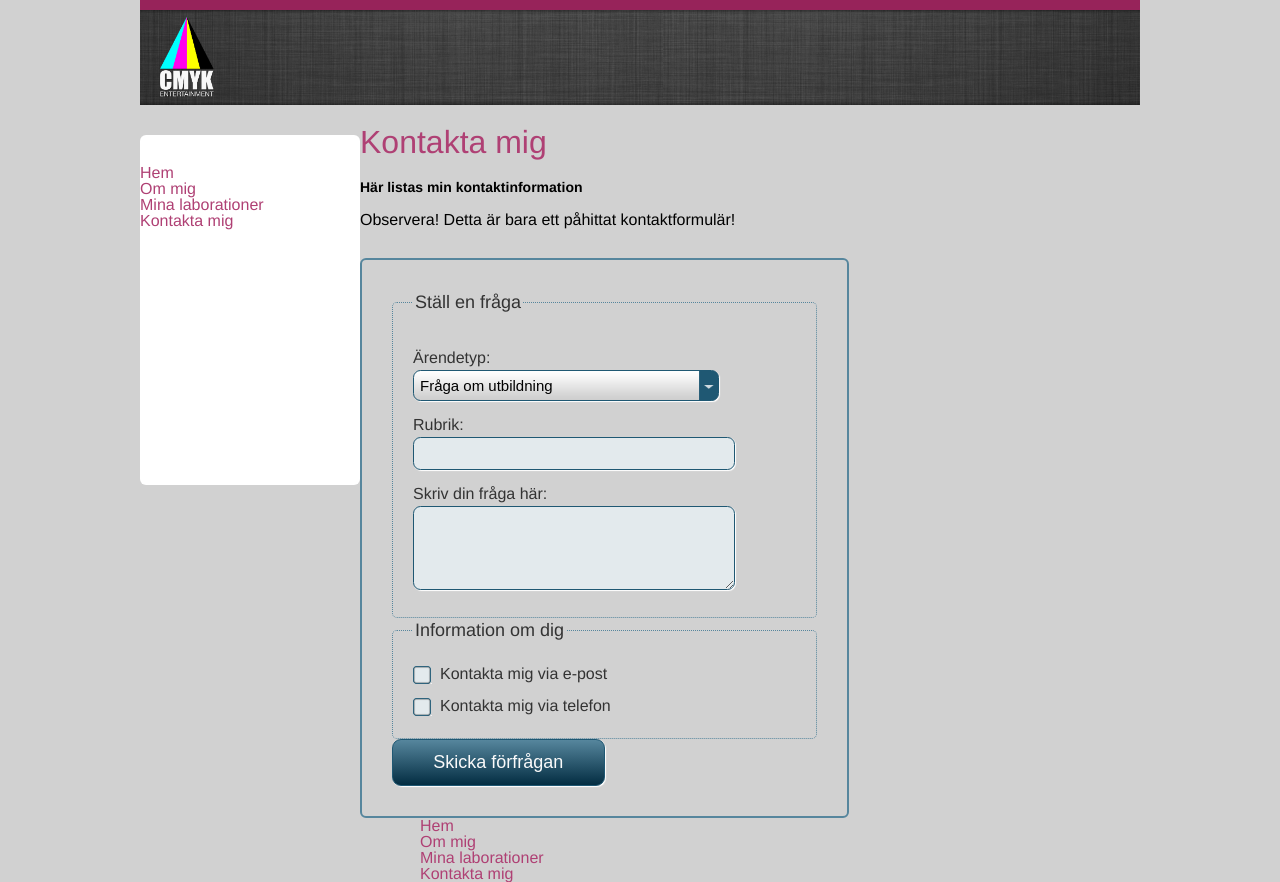
Repository: Holmewi/1ik415-jh222qr-laborationer
Page: pages/kontakt.html
The author's editor kept a record of every edit. The page is drawn from the files as they stood at one moment, then again after the next edit.
The browser window is 1280 px wide. The pictures show the whole page.

Above is the page before.

### pages/kontakt.html
<!DOCTYPE HTML>
<html lang="sv">
    <head>
        <meta charset="utf-8">
        <title>Kontakta mig - Här listas min kontaktinformation</title>
        <link rel="stylesheet" media="all" href="../css/style.css" />
    </head>
    <body id="contact">
        <div id="wrapper"> <!-- fick felmeddelande när jag använde taggen container -->
            <header>
                <div id="headerTop">

                </div>
                <div id="headerBottom">
                    <img src="../pics/logo.png" alt="min logotyp" class="logotyp">
                </div>
            </header>

            <nav class="borderRadius">
                <div id="headMenu">
                    <ul>
                        <li><a href="../index.html">Hem</a></li>
                        <li><a href="presentation.html">Om mig</a></li>
                        <li><a href="laborationer.html">Mina laborationer</a></li>
                        <li><a href="kontakt.html" class="active">Kontakta mig</a></li>
                    </ul>
                </div>
            </nav>

            <div id="content" class="borderRadius">
                <div id="contentTop">
                    <h1>Kontakta mig</h1>
                    <h4>Här listas min kontaktinformation</h4>
                </div>
                <div class="form">
                    <p>Observera! Detta är bara ett påhittat kontaktformulär!</p>

                    <a id="kontaktform"></a>
                    <form id="input" action="http://voyager.lnu.se/tekinet/kurser/dtt/wp_webbintro/form.php" method="POST" name="ContactForm">
                        <fieldset id="set_form">
                            <legend>
                                <label class="formHeader" name="FormHeader">Ställ en fråga</label>
                            </legend>
                            <p><label for="form_list">Ärendetyp:</label></p>
                            <select id="form_list" name="FormList" >
                                <option value="utbildning">Fråga om utbildning</option>
                                <option value="kurs">Fråga om kurs</option>
                                <option value="hyra">Fråga om anställning</option>
                                <option value="webbplatsen">Fråga om webbplatsen</option>
                                <option value="privat">Ställ en privat fråga</option>
                            </select>

                            <p>
                                <label for="msg_header">Rubrik:</label>
                            </p>
                            <input type="text" id="msg_header" name="MessageHeader"/>

                            <br>
                            <p>
                                <label for="user_message">Skriv din fråga här:</label>
                            </p>
                            <textarea id="user_message" name="UserMessage" rows="4" cols="39"></textarea>

                        </fieldset>

                        <fieldset class="contactInfo">
                            <legend>
                                <label class="formHeader" name="FormInfo">Information om dig</label>
                            </legend>
                            <p>
                                <input type="checkbox" id="form_email" name="FormEmail" value="email">
                                <label for="form_email">Kontakta mig via e-post</label>
                            </p>
                            <p>
                                <input type="checkbox" id="form_phone" name="FormPhone" value="phone">
                                <label for="form_phone">Kontakta mig via telefon</label>
                            </p>
                        </fieldset>
                        <input type="submit" value="Skicka förfrågan" />
                    </form>
                </div>
             </div>
             <footer>
                <div id="footerNav">
                    <ul>
                        <li><a href="../index.html">Hem</a></li>
                        <li><a href="presentation.html">Om mig</a></li>
                        <li><a href="laborationer.html">Mina laborationer</a></li>
                        <li><a href="kontakt.html">Kontakta mig</a></li>
                    </ul>
                </div>
            </footer>
        </div>
    </body>
</html>

### css/style.css
@charset "UTF-8";
/* CSS Document */
/* http://meyerweb.com/eric/tools/css/reset/
   v2.0 | 20110126
   License: none (public domain)
*/

/*
	Main #97235A (Pink)
		Light main #D06C9B #AF4074
		Dark main #7B0E42 #58002A
	Secondary #1F5873 (Blue)
		Light aside #e3eaed #346B85
		Dark aside #0F445D #032D42
	Filler #B59D2A (Mustard)
		Light header #F9E482 #D2BB4C
		Dark header #947D11 #695700
	Text links #7B0E42
	Dark text #1D1D1D
	Light text #FAFAFA
	Footer #2A2A2A
*/

html, body, div, span, applet, object, iframe,
/* h1, h2, h3, h4, h5, h6, */ p, blockquote, pre,
a, abbr, acronym, address, big, cite, code,
del, dfn, em, img, ins, kbd, q, s, samp,
small, strike, strong, sub, sup, tt, var,
b, u, i, center,
dl, dt, dd, ol, ul, li,
/*fieldset, form, label, legend,*/
table, caption, tbody, tfoot, thead, tr, th, td,
article, aside, canvas, details, embed,
figure, figcaption, footer, header, hgroup,
menu, nav, output, ruby, section, summary,
time, mark, audio, video {
	margin: 0;
	padding: 0;
	border: 0;
	font-size: 100%;
	font-style: inherit;
    font-family: "Mundo Sans W01 Medium",Helvetica,sans-serif;
	vertical-align: baseline;
}
/* HTML5 display-role reset for older browsers */
article, aside, details, figcaption, figure,
footer, header, hgroup, main, menu, nav, section, container {
	display: block;
}

html {
    	overflow-y:scroll;     /* Fixar marginalen på sidor som inte har scroll */
}

body {
    background-color:#d1d1d1;
	line-height: 1;
}

    ul {
    	list-style: none;
    }

    blockquote, q {
    	quotes: none;
    }

    blockquote:before, blockquote:after,
    q:before, q:after {
    	content: '';
    	content: none;
    }

    table {
    	border-collapse: collapse;
    	border-spacing: 0;
    }



#wrapper {
	margin-left: auto;
	margin-right: auto;
    max-width: 1000px;
    height: 100%;
}

    header #top {
        width: 1000px;
    }

    header .asideheader {

    }

        #headerTop {
            width: 1000px;
            min-height: 10px;
        	background-color: #97235A;
        }

        #headerBottom {
            width: 1000px;
            min-height: 95px;
        	background-image:url(pics/header_bg.png);
        	background-color: #D06C9B;
        }

        #divTextlogo {
            margin: 30px 0px 0px 30px;
            float: left;
        	font-weight:100;
        	font-size:30px;
            color: #FAFAFA;
        }

/* HEADMENU */

    nav {
        width: 220px;
        min-height: 300px;
        padding-top: 30px;
        padding-bottom: 20px;
        margin: 30px 0px 25px 0px;
        float: left;
        background-color: #FFF;
    }

        #headmenu ul {
            margin: 0;
            padding: 0;
            list-style-type: none;
            font-size: 18px;
        }

        #headmenu ul li{float:left; width:100%;}

        #headmenu ul li a {
            display: block;
            background: #d9d9d9;
            /*width: 220px;*/
            text-decoration: none;
            padding: 15px 0px 15px 20px;
            margin: 1px 0px 0px 0px;
            border-left: 10px solid #97235A;
            color: #333333;

        }

            #headmenu ul li a:hover {
                border-left-color: #56869D;
                color: #56869D;
                background: #c4c4c4;
            }

            #headmenu ul li a:active {
                border-left-color: #1F5873;
                color: #1F5873;
                background: #c4c4c4;
            }

            #headmenu .active {
                border-left-color: #1F5873;
                color: #333333;
                background: #c4c4c4;
            }

            #headmenu a {
                background-image:url(pics/sprite.png);
            }

            #headmenu #homepage:hover {
                background-image:url(pics/sprite.png);
                background-repeat: no-repeat;
                background-position: 175px 12px;
            }


            #headmenu #homepage {
                background-image:url(pics/sprite.png);
                background-repeat: no-repeat;
                background-position: 175px -36px;
            }

            #headmenu #aboutpage:hover {
                background-image:url(pics/sprite.png);
                background-repeat: no-repeat;
                background-position: 175px -180px;
            }

            #headmenu #aboutpage {
                background-image:url(pics/sprite.png);
                background-repeat: no-repeat;
                background-position: 175px -228px;
            }

            #headmenu #labpage:hover {
                background-image:url(pics/sprite.png);
                background-repeat: no-repeat;
                background-position: 175px -84px;
            }

            #headmenu #labpage {
                background-image:url(pics/sprite.png);
                background-repeat: no-repeat;
                background-position: 175px -132px;
            }

            #headmenu #contactpage:hover {
                background-image:url(pics/sprite.png);
                background-repeat: no-repeat;
                background-position: 175px -276px;
            }

            #headmenu #contactpage {
                background-image:url(pics/sprite.png);
                background-repeat: no-repeat;
                background-position: 175px -324px;
            }

/* ASIDE */

    #sidefield {
        font-size: 14px;
        float: right;
        height: auto;
        max-width: 170px;
        width: 100%;
        padding: 30px;
        margin: 30px 0px 30px 0px;
        /* total width 730 */
        background-color: #FFF;
    }

    #sidefield p {
        padding-top: 5px;
    }

/* MAIN CONTENT */

    main {
        width: 670px;
        float: left;
        padding: 30px;
        margin: 30px 0px 30px 20px;
        /* total width 730 */
        background-color: #FFF;
    }

    #contenthome {
        width: 450px;
    }

        #mainheader {
            width: 100%;
            float: left;
            height: auto;
            margin: 0px 0px 20px 0px;
            border-style: double;
            border-color: #D9D9D9;
            border-width: 0px 0px 4px 0px;
        }

            #mainheader h4 {
                margin-top: -10px;
            }

                #home .blogg {
                    max-width: 470px;
                    clear: none;
                }

                .blogg {
                    float: left;
                    max-width: 100%;
                    height: 100%;
                	padding: 0px 0px 40px 0px;
                	margin: 0px 0px 40px 0px;
                    border-style: dotted;
                    border-color: #D9D9D9;
                    border-width: 0px 0px 1px 0px;
                    clear: both;
                }

                    #hcard-Joakim-Torbjorn-Holmevi {

                    }

                    .blogg p {
                	padding-bottom: 20px;
                    }

                    .bloggContent {
                        height: auto;
                    	padding-bottom: 20px;
                    }

                    .bloggInfo {
                        padding-top: 10px;
                        padding-bottom: 10px;
                        border-style: dotted;
                        border-color: #D9D9D9;
                        border-width: 1px 0px 0px 0px;
                        clear: both;
                    }

                    .bloggInfo p, .bloggInfo a {
                    	font-size: 12px;
                        display: inline;
                    }

                    .comments {
                        width: 90%;
                        float: left;
                        background-color: #F1F1F1;
                        padding: 0px 20px 0px 20px;
                        border-style: solid;
                        border-color: #D9D9D9;
                        border-width: 0px 0px 5px 0px;
                    }

                    .comment {
                        display: inline-block;
                        line-height: 2px;
                    	font-size: 12px;
                        width: 90%;
                    }

                    .commentlink {
                        display: inline-block;
                    	font-size: 12px;
                        width: 100%;
                    }



/* FOOTER */

    #bottom {
        max-width: 1000px;
        height: 173px;
        /* total width 1000 */
        /* total height 253 */
        background-color: #2A2A2A;
        border-style: solid;
        border-color: #97235A;
        border-width: 10px 0px 0px 0px;
        clear: both;
        background-image:url(pics/footer_bg.png);
    }

        #footerNav {
            padding-top: 30px;
            width: 440px;
            margin: auto;
        }



/* HEADERS, LISTS AND TEXT */

    h1 {
        font-size: 32px;
    	font-weight: 400;
    	color: #AF4074;
    }

    h2 {
        font-size: 24px;
    }

    h3 {
        font-size: 18px;
    }

    h4 {
        font-size: 14px;
    }

    .bloggContent H2 {
        padding-left: 30px;
        padding-bottom: 14px;
        background-image:url(pics/blogicon.png);
        background-repeat: no-repeat;
        background-size: 23px 23px;
    }

    .ingress {
    	font-weight: 800;
    	padding-bottom: 20px;
    }

/* IMAGES AND VIDEOS */

    .bloggVideo {
        max-width: 450px;
        padding: 7px 0px 0px 0px;
    }

    .logotyp {
        max-height: 80px;
        padding: 7px 0px 0px 20px;
    }

    .profilbild {
        padding: 0px 20px 10px 0px;
        float: left;
        max-width: 140px;
    }

    .bloggbild {
        max-width: 450px;
        padding: 0px 0px 20px 0px;
    }

    .bloggBild_right {
        max-width: 220px;
        padding: 0px 0px 10px 15px;
    }

    .bloggBild_left {
        max-width: 220px;
        padding: 0px 15px 10px 0px;
    }



/* GENERAL CLASSES */

    .borderRadius {
    	-webkit-border-radius: 6px;
    	-moz-border-radius: 6px;
    	border-radius: 6px;
    }



    .displayinline {
        display: inline;
    }

    .blogg table {
        width: 600px;
    }

    .blogg table, .blogg tr, .blogg th, .blogg td {
        padding: 5px;
    	border: solid 1px;
    	border-color: #455;
    }

    .labList dd, .labList ol {
    	margin-left: 35px;
    }

    .labList li, .labList dt, .labList dd, .labList p {
    	font-size: 16px;
    }

    .labList a, .labList dt, .labList dd, .labList ul {
    	font-size: 14px;
    }

    .labList dt, .labList dd, .labList li, .labList dt, .labList dd, .labList p {
    	padding-bottom: 5px;
    }

    .floatleft {
    	float: left;
    }

    .floatright {
    	float: right;
    }

    .clearboth {
    	clear: both;
    }

    .rightalign {
        text-align: right;
    }

/* LINKS */

    a:link {
        color:#AF4074;
        text-decoration:none;
    }
    a:visited {
        color:#AF4074;
        text-decoration:none;
    }
    a:hover {
        color:#56869D;
        text-decoration:underline;
    }
    a:active {
        color:#56869D;
        text-decoration:underline;
    }

    #bottom a:link { color:#FFF;  }
    #bottom a:visited { color:#FFF;  }
    #bottom a:hover { color:#FFF;  }
    #bottom a:active { color:#FFF;  }

    #bottom li {
    	font-size: 18px;
    	margin-right: 20px;
    	display:inline;
    }






/* FORM */
/*
Hittade lite nyttig hjälp på mozilla developer för att ändra utseendet på checkboxarna
Källa: https://developer.mozilla.org/en-US/docs/Web/Guide/HTML/Forms/Advanced_styling_for_HTML_forms
*/

    .form {

        height: auto;
    	margin: 0px;
    }

        form {
            float: left;
            line-height: 24px;
            color: #333333;
            border: 2px solid #56869D;
            border-radius: 6px;
            -webkit-border-radius: 6px;
            -moz-border-radius: 6px;
            margin: 30px 0px 0px 0px;
            padding: 30px;
            display: inline-block;
        }

            #observe {
                clear: both;
                padding-top: 20px;
                margin-top: 20px;
            }

            fieldset {
                border : 1px dotted #56869D;
                border-radius: 5px;
                margin : 0;
                padding: 20px;
            }

                #set_form p {
                    padding-top: 12px;
                }

                #contact_info {
                    margin-top: 20px;
                    margin-bottom: 30px;
                }

                legend {
                    font-size: 18px;
                }

                label {
                  cursor: pointer;
                }

                form p {
                  margin: 0;
                }

                form p+p {
                  margin: .5em 0 0;
                }

                input[type=text], input[type=submit], textarea, select {
                    -webkit-appearance: none;     /* Tar bort standardutseendet på elementen */
                }


                select {
                    border: 1px solid #1F5873;
                    padding: 6px;
                    font-size: 15px;
                    line-height: 17px;
                    width: 80%;
                    background: -webkit-gradient(linear, left top, left bottom, from(#fff), to(#ccc));
                    -webkit-appearance: none;
                    -webkit-box-shadow: 1px 1px 1px #fff;
                    -webkit-border-radius: 0.5em;
                }

                /* original check box are push outside the viexport */
                :root input[type=checkbox] {
                    position: absolute;
                    left: -1000em;
                }

                :root input[type=checkbox] + label:before {
                    content: "";
                    display: inline-block;
                    width  : 19px;
                    height : 19px;
                    margin : 0 .5em 0 0;
                    background: url("pics/checkbox_sprite2.png") no-repeat 0 0;

                    /* The following is used to adjust the position of
                    the check boxes on the text baseline */

                    vertical-align: bottom;
                    position: relative;
                    bottom: 2px;
                }

                :root input[type=checkbox]:checked + label:before {
                    background-position: 0 -19px;
                }

                :root input[type=checkbox]:disabled + label:before {
                    background-position: 0 -38px;
                }

                :root input[type=checkbox]:checked:disabled + label:before {
                    background-position: 0 -57px;
                }

                :root input[type=checkbox]:focus {
                    outline: 1px dotted black;
                }

                select {
                    background: url("pics/form_list_bg.png") no-repeat right;
                    background-size: auto 32px;
                }

                input[type=text], textarea {
                    border: 1px solid #1F5873;
                    padding: 7px;
                    font-size: 15px;
                    line-height: 17px;
                    width: 80%;
                    background-color: #e3eaed;
                    -webkit-appearance: none;
                    -webkit-box-shadow: 1px 1px 1px #fff;
                    -webkit-border-radius: 0.5em;
                 }

                input[type=submit] {
                    border: 1px solid #1F5873;
                    padding: 14px;
                    font-size: 18px;
                    line-height: 17px;
                    width: 50%;
                    color: #FAFAFA;
                    background: -webkit-gradient(linear, left top, left bottom, from(#56869D), to(#032D42));
                    -webkit-appearance: none;
                    -webkit-box-shadow: 1px 1px 1px #fff;
                    -webkit-border-radius: 0.5em;
                 }

After the next edit:
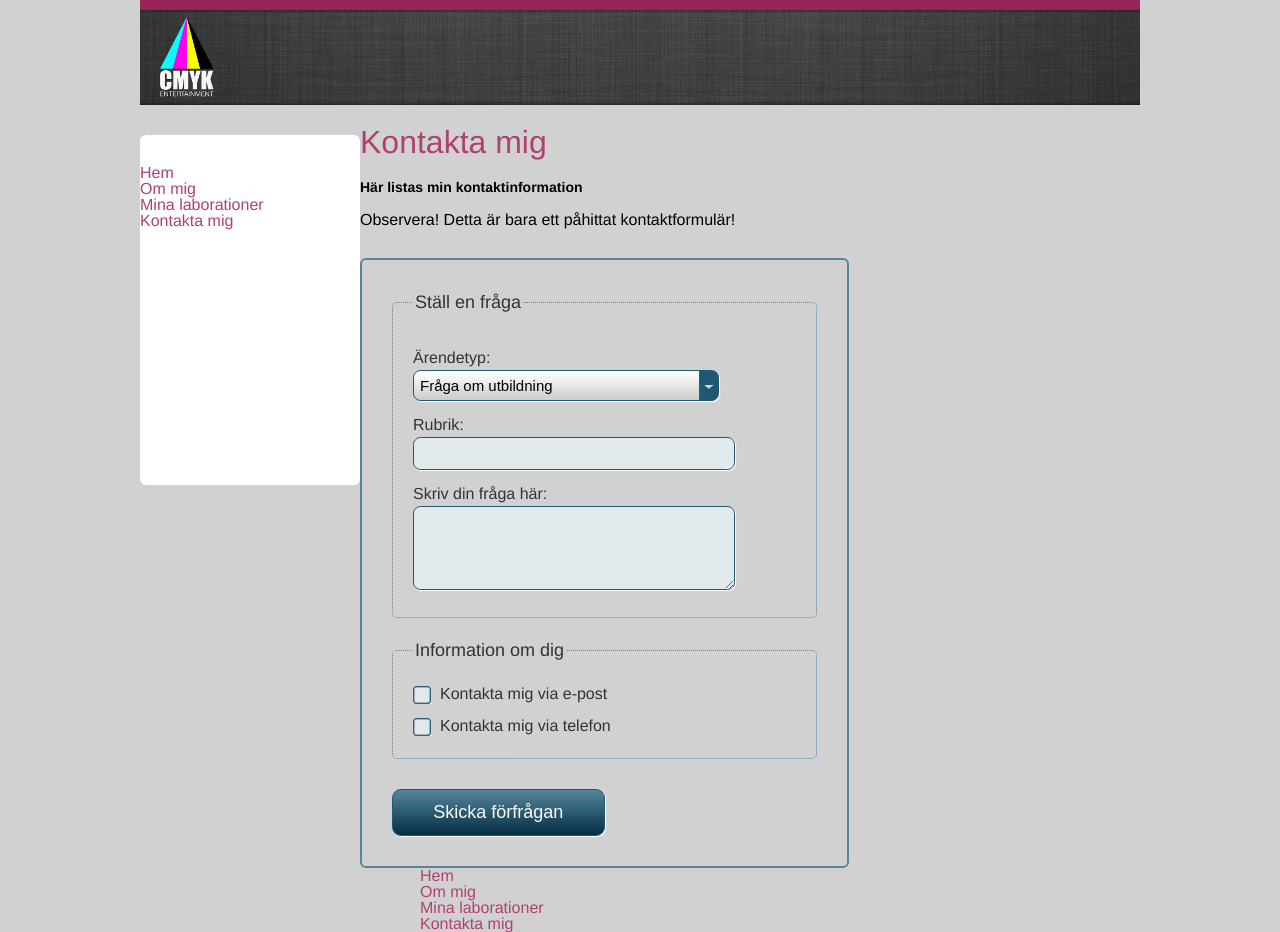
The edit:
--- a/pages/kontakt.html
+++ b/pages/kontakt.html
@@ -63,7 +63,7 @@
 
                         </fieldset>
 
-                        <fieldset class="contactInfo">
+                        <fieldset id="contact_info">
                             <legend>
                                 <label class="formHeader" name="FormInfo">Information om dig</label>
                             </legend>
